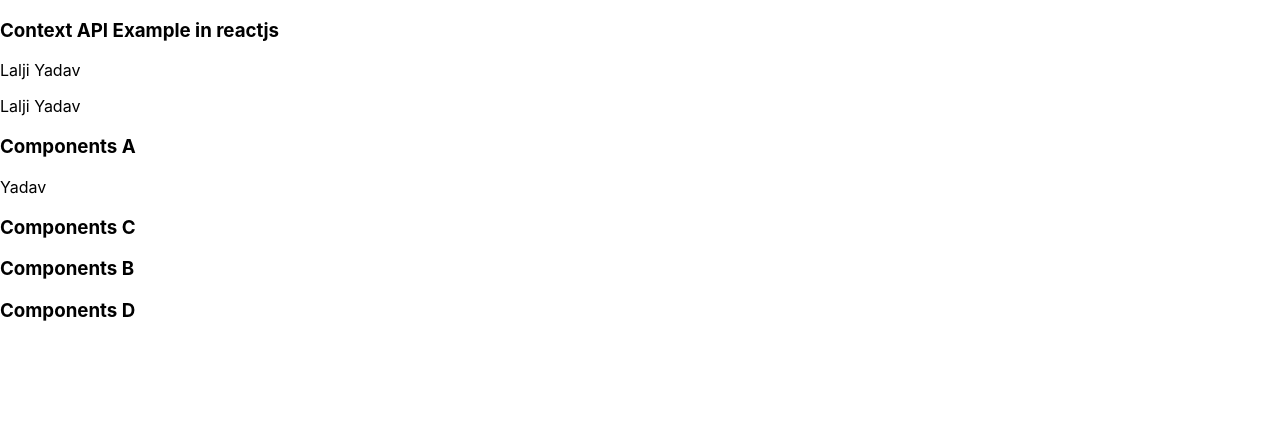
Repository: lalji-yadav/React-Context-API
Page: /inc-dec-reset
The author's editor kept a copy of each file at every save. The page is drawn from the files as they stood at one save, then again after the next save.
The browser window is 1280 px wide. The pictures show the whole page.
The project was rebuilt for these pictures with package versions that can differ from the ones it lists, and the page was loaded fresh each time. Also part of the build but not shown: src/App.css.

Above is the page before, as saved 2021-02-09 16:45:58.

### src/App.js
import { useState } from 'react';
import './App.css';
import A from "./components/A";
import B from "./components/B";

function App() {

  const [data, setData] = useState({
    name: "Lalji Yadav"
  })

  return (
    <div>
      <h3> Context API Example in reactjs  </h3>
      <p> {data.name} </p>
      <p onClick={()=>setData({name: "Anubhav"})} >{data.name}</p>

      <A name="Yadav"/>
      <B />

    </div>
  );
}

export default App;

### src/components/A.js
import React from 'react';
import C from "./C";

const A = (props) => {
    console.log(props)
    return (
        <div>
             <h3> Components A </h3>
              <p>{props.name}</p>
             <C nam={props.name} />
        </div>
    );
};

export default A;

### src/components/B.js
import React from 'react';
import D from "./D";

const B = () => {
    return (
        <div>
             <h3> Components B </h3>
             <D />
        </div>
    );
};

export default B;

### src/components/C.js
import React from 'react';

const C = (props) => {

    console.group(props)
    return (
        <div>
             <h3> Components C </h3>
        </div>
    );
};

export default C;

### src/components/D.js
import React from 'react';

const D = () => {
    return (
        <div>
            <h3> Components D </h3>
        </div>
    );
};

export default D;

Loaded but not shown: public/index.html (common file); src/index.js (common file); src/index.css (common file); src/reportWebVitals.js (common file)

After the next save:
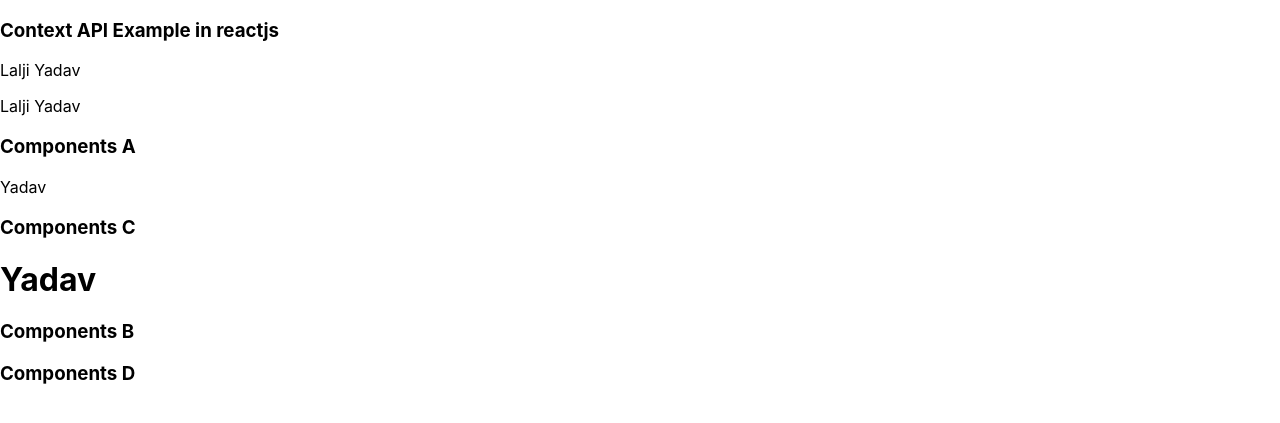
Saved 42 s later.
--- a/src/components/C.js
+++ b/src/components/C.js
@@ -6,6 +6,7 @@ const C = (props) => {
     return (
         <div>
              <h3> Components C </h3>
+             <h1>{props.nam}</h1>
         </div>
     );
 };
